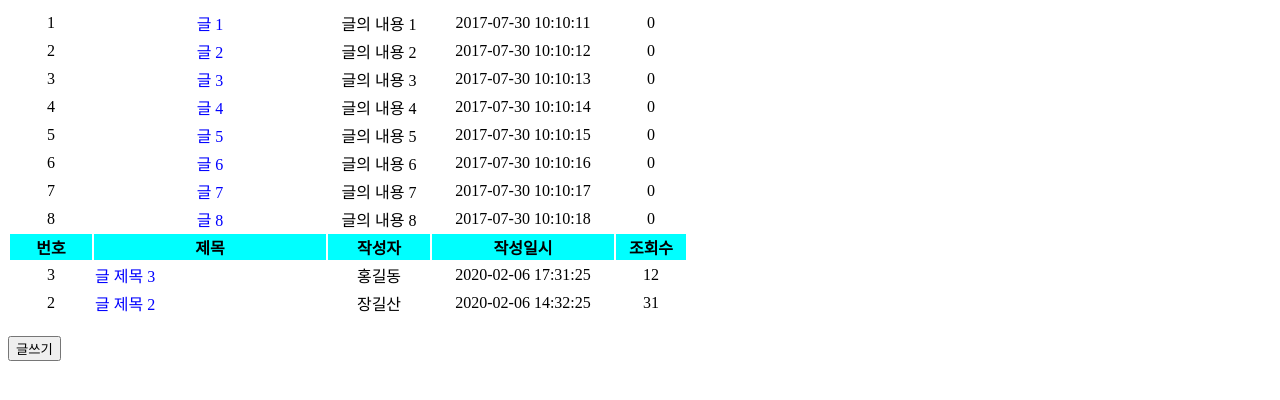
Repository: kdh2212/KDT_code
Page: http://localhost/20250807Web/boardList.jsp
An editor plug-in stored every save of this project. The page is shown before and after the next save, followed by the edit.
The browser window is 1280 px wide. The pictures show the whole page.
The page is served by Tomcat 9. The database holds what the project's SQL file puts in it.

Above is the page before, as saved 2025-08-07 06:21:52.

After the next save:
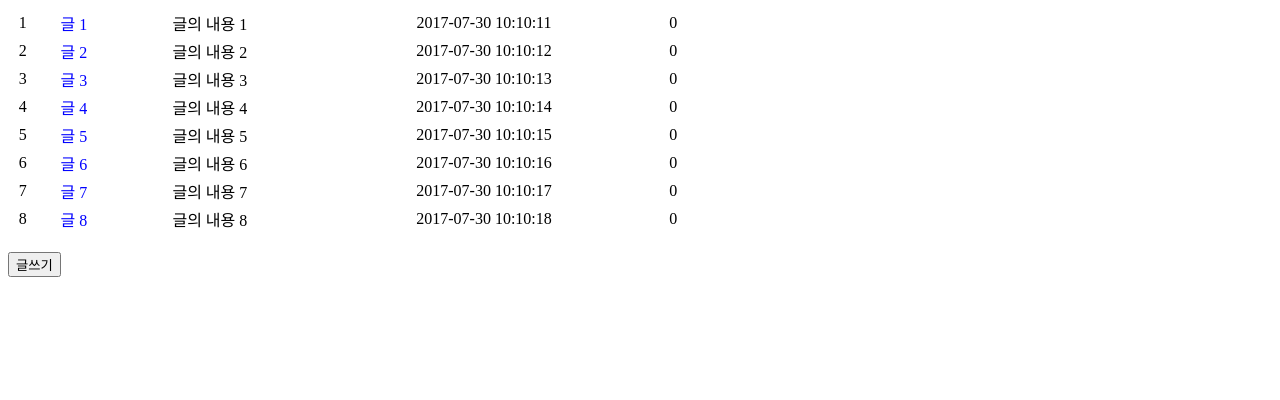
Saved 59 s later.
--- a/20250807Web/src/main/webapp/boardList.jsp
+++ b/20250807Web/src/main/webapp/boardList.jsp
@@ -62,32 +62,8 @@ try {
     }
 }
 %>
+<!-- 여기 삭제 -->
 
-    <tr>
-        <th class="num"    >번호    </th>
-        <th class="title"  >제목    </th>
-        <th class="writer" >작성자  </th>
-        <th class="regtime">작성일시</th>
-        <th                >조회수  </th>
-    </tr>
-    <tr>
-        <td>3</td>
-        <td style="text-align:left;">
-            <a href="view.jsp?num=3">글 제목 3</a>
-        </td>
-        <td>홍길동</td>
-        <td>2020-02-06 17:31:25</td>
-        <td>12</td>
-    </tr>
-    <tr>
-        <td>2</td>
-        <td style="text-align:left;">
-            <a href="view.jsp?num=3">글 제목 2</a>
-        </td>
-        <td>장길산</td>
-        <td>2020-02-06 14:32:25</td>
-        <td>31</td>
-    </tr>
 </table>
 <br>
 <input type="button" value="글쓰기" onclick="location.href='write.jsp'">
